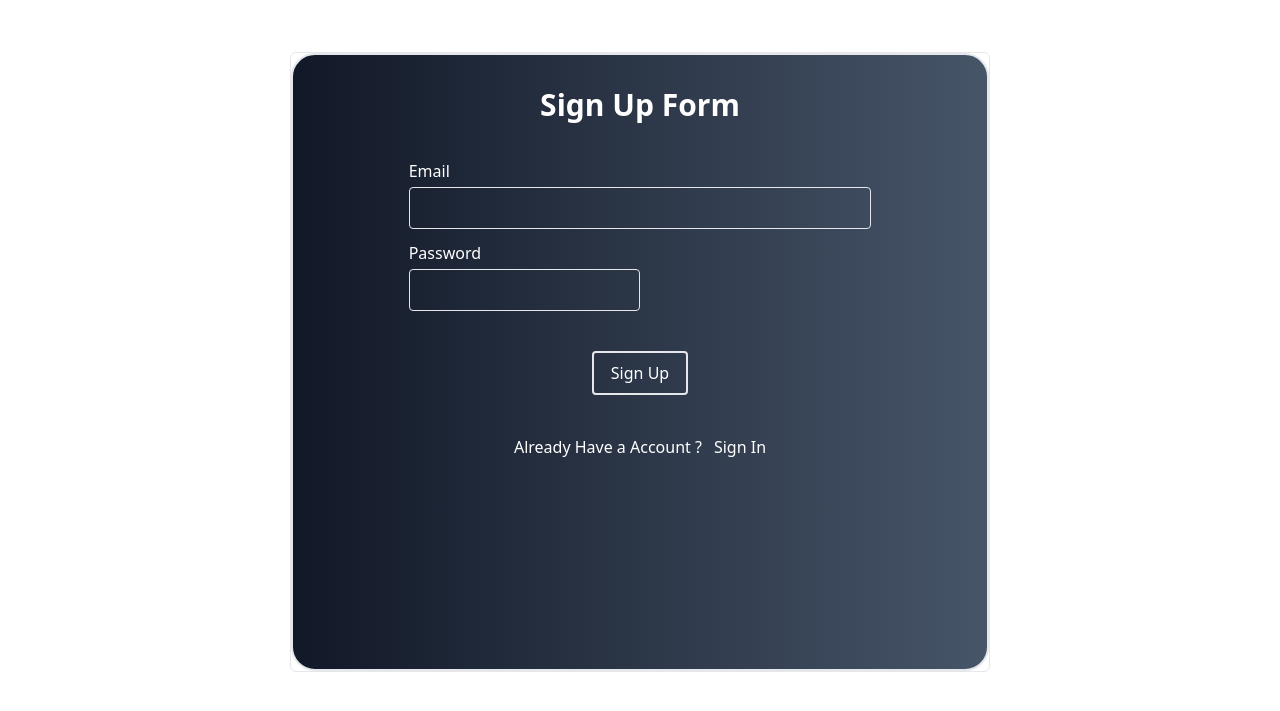
Repository: OmkarTidke8080/Assessment
Page: /sign-in (app in frontend/)
These files come from the project's save history. The page is drawn as it stood at one moment and after the next save; the edit follows.
The browser window is 1280 px wide. The pictures show the whole page.
The project was rebuilt for these pictures with package versions that can differ from the ones it lists, and the page was loaded fresh each time. Also part of the build but not shown: frontend/vite.config.js, frontend/src/components/HomePage.jsx, frontend/src/components/SignUp.jsx.

Above is the page before, as saved 2024-10-19 22:18:40.

### frontend/src/App.jsx
import { useEffect, useState } from "react";
import "./App.css";
import LandingPage from "./components/HomePage.jsx";
import SignUp from "./components/SignUp.jsx";
import { BrowserRouter, Routes, Route } from "react-router-dom";
import ScaleLoader from "react-spinners/ScaleLoader";
import SignIn from "./components/SignIn.jsx";

function App() {
  const [isLoading, setIsLoading] = useState(true);

  useEffect(() => {
    const timer = setTimeout(() => {
      setIsLoading(false);
    }, 2000);

    return () => clearTimeout(timer);
  });
  return (
    <>
      {isLoading ? (
        <div
          style={{
            display: "flex",
            justifyContent: "center",
            alignItems: "center",
            height: "100vh",
            backgroundColor: "#fff",
          }}
        >
          {" "}
          <ScaleLoader />
        </div>
      ) : (
        <BrowserRouter>
          <Routes>
            <Route path={"/"} element={<LandingPage />} />
            <Route path={"/sign-up"} element={<SignUp />} />
            <Route path={"/sign-in"} element={<SignIn />} />
          </Routes>
        </BrowserRouter>
      )}
    </>
  );
}

export default App;

### frontend/src/components/SignIn.jsx
import React from 'react'

function SignIn() {
    return (
      <div className="flex justify-center items-center mt-5">
        <div className="flex border  rounded-md h-[620px] w-[700px]">
          <div className="form border-2 rounded-3xl text-white w-full bg-gradient-to-r from-gray-900 to-slate-600 ">
            <div className="form-heading text-center mt-8 mb-6">
              <h1 className="text-3xl font-bold text-white mb-2">
                Sign Up Form
              </h1>
            </div>
            <form>
              <div className='flex justify-center'>
                <div className="w-2/3">
                  <div className="mt-3">
                    <label htmlFor="email" className=" flex mb-1">
                      Email
                    </label>
                    <input
                      type="text"
                      id="email"
                      className="text-black bg-inherit w-full flex border rounded p-2"
                      required
                    />
                  </div>

                  <div className="mt-3 w-1/2">
                    <label htmlFor="username" className=" flex mb-1">
                      Password
                    </label>
                    <input
                      type="text"
                      id="FistName"
                      className="text-black bg-inherit w-full flex border rounded p-2"
                      required
                    />
                  </div>
                </div>
              </div>

              <div className="sign-up-button m-10">
                <button className="border-2 rounded p-2 w-24 hover:border-green-700 ">
                  Sign Up
                </button>
              </div>
              <div className="AlreadyAccount flex justify-center gap-x-3">
                <h2>Already Have a Account ?</h2>
                <button>Sign In</button>
              </div>
            </form>
          </div>
        </div>
      </div>
    );
}

export default SignIn

Loaded but not shown: frontend/index.html (common file); frontend/src/main.jsx (common file); frontend/src/index.css (common file); frontend/src/App.css (common file); frontend/tailwind.config.js (common file)

After the next save:
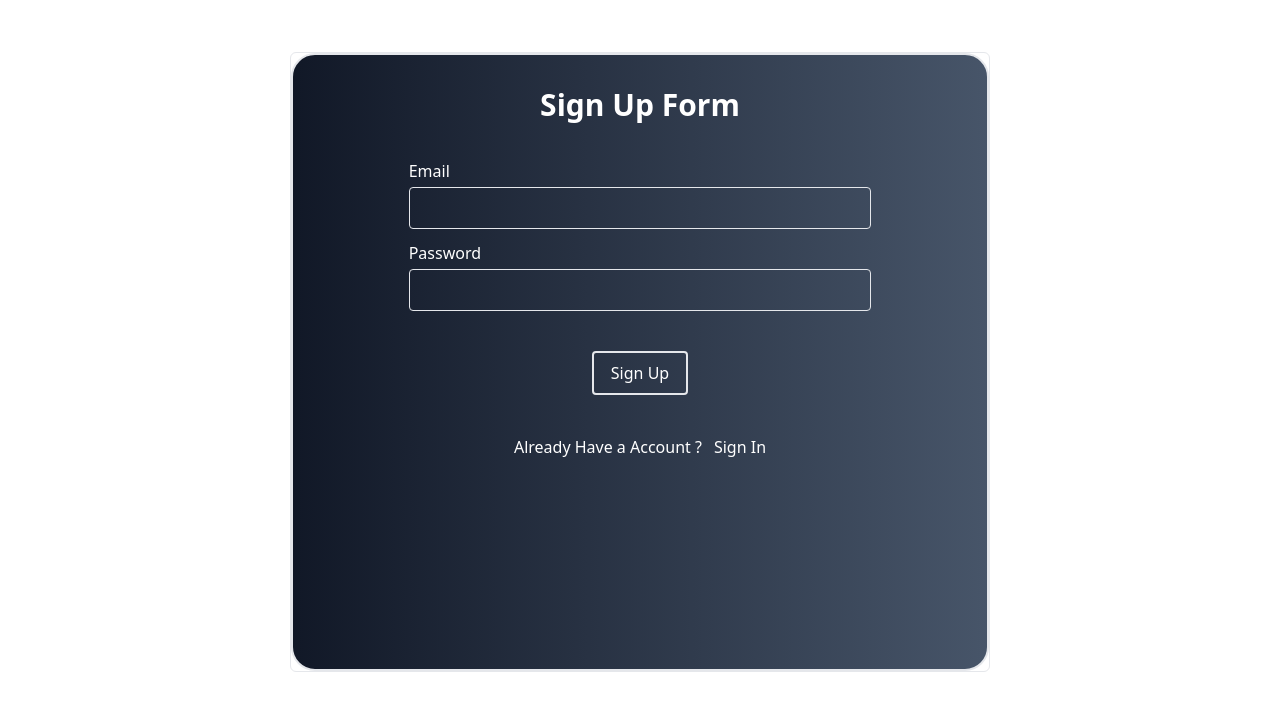
Saved 8 s later.
--- a/frontend/src/components/SignIn.jsx
+++ b/frontend/src/components/SignIn.jsx
@@ -25,7 +25,7 @@ function SignIn() {
                     />
                   </div>
 
-                  <div className="mt-3 w-1/2">
+                  <div className="mt-3 w-full">
                     <label htmlFor="username" className=" flex mb-1">
                       Password
                     </label>
